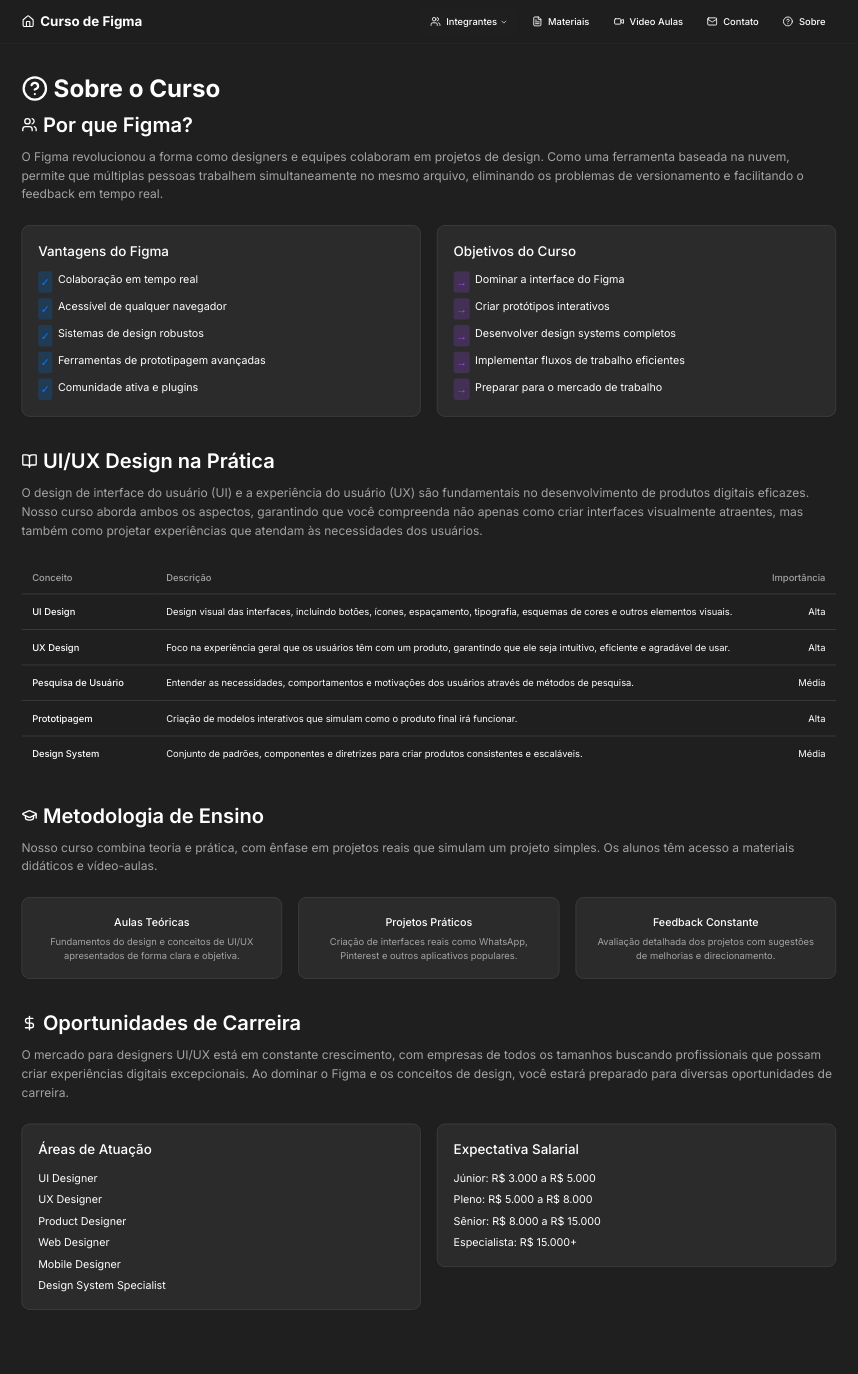
Repository: Geisbelly/figma-season-showcase-33
Page: /about
An editor plug-in stored every save of this project. The page is shown before and after the next save, followed by the edit.
The browser window is 1280 px wide. The pictures show the whole page, at 67% of full size.
The project was rebuilt for these pictures with package versions that can differ from the ones it lists, and the page was loaded fresh each time. Also part of the build but not shown: vite.config.ts, src/components/ui/tooltip.tsx, src/components/ui/badge.tsx, src/components/SeasonCard.tsx, src/pages/Index.tsx, src/pages/NotFound.tsx, src/data/membersData.ts, src/components/ui/avatar.tsx and 11 more.

Above is the page before, as saved 2025-04-30 11:30:27.

### index.html
<!DOCTYPE html>
<html lang="pt-br">
  <head>
    <meta charset="UTF-8" />
    <meta name="viewport" content="width=device-width, initial-scale=1.0" />
    <title>Curso de Figma</title>
    <meta name="description" content="Curso de Figma Ceulp Ulbra - Palmas" />
    <meta name="author" content="Geisbelly e Lovable" />

    <meta property="og:title" content="Curso de Figma" />
    <meta property="og:description" content="Curso de Figma Ceulp Ulbra - Palmas" />
    <meta property="og:type" content="website" />

    <meta name="twitter:card" content="summary_large_image" />
    <meta name="twitter:site" content="@geisbelly" />
  </head>

  <body>
    <div id="root"></div>
    <!-- IMPORTANT: DO NOT REMOVE THIS SCRIPT TAG OR THIS VERY COMMENT! -->
    <script src="https://cdn.gpteng.co/gptengineer.js" type="module"></script>
    <script type="module" src="/src/main.tsx"></script>
  </body>
</html>

### src/App.tsx

import { Toaster } from "@/components/ui/toaster";
import { Toaster as Sonner } from "@/components/ui/sonner";
import { TooltipProvider } from "@/components/ui/tooltip";
import { QueryClient, QueryClientProvider } from "@tanstack/react-query";
import { BrowserRouter, Routes, Route } from "react-router-dom";
import { Header } from "@/components/Header";
import Index from "./pages/Index";
import NotFound from "./pages/NotFound";
import MembersPage from "./pages/members/[edition]";
import MaterialsPage from "./pages/materials";
import LessonsPage from "./pages/lessons";
import VideosPage from "./pages/videos";
import ContactPage from "./pages/contact";
import AboutPage from "./pages/about";

const queryClient = new QueryClient();

const App = () => (
  <QueryClientProvider client={queryClient}>
    <TooltipProvider>
      <Toaster />
      <Sonner />
      <BrowserRouter>
        <Header />
        <div className="pt-16"> {/* Add top padding to prevent header overlap */}
          <Routes>
            <Route path="/" element={<Index />} />
            <Route path="/members/:edition" element={<MembersPage />} />
            <Route path="/materials" element={<MaterialsPage />} />
            {/* <Route path="/lessons" element={<LessonsPage />} /> */}
            <Route path="/videos" element={<VideosPage />} />
            <Route path="/contact" element={<ContactPage />} />
            <Route path="/about" element={<AboutPage />} />
            <Route path="*" element={<NotFound />} />
          </Routes>
        </div>
      </BrowserRouter>
    </TooltipProvider>
  </QueryClientProvider>
);

export default App;

### src/components/ui/toaster.tsx
import { useToast } from "@/hooks/use-toast"
import {
  Toast,
  ToastClose,
  ToastDescription,
  ToastProvider,
  ToastTitle,
  ToastViewport,
} from "@/components/ui/toast"

export function Toaster() {
  const { toasts } = useToast()

  return (
    <ToastProvider>
      {toasts.map(function ({ id, title, description, action, ...props }) {
        return (
          <Toast key={id} {...props}>
            <div className="grid gap-1">
              {title && <ToastTitle>{title}</ToastTitle>}
              {description && (
                <ToastDescription>{description}</ToastDescription>
              )}
            </div>
            {action}
            <ToastClose />
          </Toast>
        )
      })}
      <ToastViewport />
    </ToastProvider>
  )
}

### src/components/ui/sonner.tsx
import { useTheme } from "next-themes"
import { Toaster as Sonner, toast } from "sonner"

type ToasterProps = React.ComponentProps<typeof Sonner>

const Toaster = ({ ...props }: ToasterProps) => {
  const { theme = "system" } = useTheme()

  return (
    <Sonner
      theme={theme as ToasterProps["theme"]}
      className="toaster group"
      toastOptions={{
        classNames: {
          toast:
            "group toast group-[.toaster]:bg-background group-[.toaster]:text-foreground group-[.toaster]:border-border group-[.toaster]:shadow-lg",
          description: "group-[.toast]:text-muted-foreground",
          actionButton:
            "group-[.toast]:bg-primary group-[.toast]:text-primary-foreground",
          cancelButton:
            "group-[.toast]:bg-muted group-[.toast]:text-muted-foreground",
        },
      }}
      {...props}
    />
  )
}

export { Toaster, toast }

### src/pages/about/index.tsx

import { Card, CardContent } from "@/components/ui/card";
import { Table, TableBody, TableCell, TableHead, TableHeader, TableRow } from "@/components/ui/table";
import { HelpCircle, Users, BookOpen, GraduationCap, DollarSign, Clock } from "lucide-react";

const AboutPage = () => {
  return (
    <div className="container py-12">
      <h1 className="text-4xl font-bold mb-4 flex items-center gap-2">
        <HelpCircle className="h-10 w-10" />
        Sobre o Curso
      </h1>

      <div className="prose prose-invert max-w-none">
        <section className="mb-12">
          <h2 className="text-3xl font-semibold mb-4 flex items-center gap-2">
            <Users className="h-6 w-6" />
            Por que Figma?
          </h2>
          <p className="text-lg text-muted-foreground mb-6">
            O Figma revolucionou a forma como designers e equipes colaboram em projetos de design.
            Como uma ferramenta baseada na nuvem, permite que múltiplas pessoas trabalhem simultaneamente
            no mesmo arquivo, eliminando os problemas de versionamento e facilitando o feedback em tempo real.
          </p>
          <div className="grid grid-cols-1 md:grid-cols-2 gap-6 mt-8">
            <Card>
              <CardContent className="pt-6">
                <h3 className="text-xl font-medium mb-4">Vantagens do Figma</h3>
                <ul className="space-y-2">
                  <li className="flex items-start">
                    <span className="bg-primary/20 p-1 rounded mr-2 text-primary">✓</span>
                    Colaboração em tempo real
                  </li>
                  <li className="flex items-start">
                    <span className="bg-primary/20 p-1 rounded mr-2 text-primary">✓</span>
                    Acessível de qualquer navegador
                  </li>
                  <li className="flex items-start">
                    <span className="bg-primary/20 p-1 rounded mr-2 text-primary">✓</span>
                    Sistemas de design robustos
                  </li>
                  <li className="flex items-start">
                    <span className="bg-primary/20 p-1 rounded mr-2 text-primary">✓</span>
                    Ferramentas de prototipagem avançadas
                  </li>
                  <li className="flex items-start">
                    <span className="bg-primary/20 p-1 rounded mr-2 text-primary">✓</span>
                    Comunidade ativa e plugins
                  </li>
                </ul>
              </CardContent>
            </Card>
            <Card>
              <CardContent className="pt-6">
                <h3 className="text-xl font-medium mb-4">Objetivos do Curso</h3>
                <ul className="space-y-2">
                  <li className="flex items-start">
                    <span className="bg-secondary/20 p-1 rounded mr-2 text-secondary">→</span>
                    Dominar a interface do Figma
                  </li>
                  <li className="flex items-start">
                    <span className="bg-secondary/20 p-1 rounded mr-2 text-secondary">→</span>
                    Criar protótipos interativos
                  </li>
                  <li className="flex items-start">
                    <span className="bg-secondary/20 p-1 rounded mr-2 text-secondary">→</span>
                    Desenvolver design systems completos
                  </li>
                  <li className="flex items-start">
                    <span className="bg-secondary/20 p-1 rounded mr-2 text-secondary">→</span>
                    Implementar fluxos de trabalho eficientes
                  </li>
                  <li className="flex items-start">
                    <span className="bg-secondary/20 p-1 rounded mr-2 text-secondary">→</span>
                    Preparar para o mercado de trabalho
                  </li>
                </ul>
              </CardContent>
            </Card>
          </div>
        </section>

        <section className="mb-12">
          <h2 className="text-3xl font-semibold mb-4 flex items-center gap-2">
            <BookOpen className="h-6 w-6" />
            UI/UX Design na Prática
          </h2>
          <p className="text-lg text-muted-foreground mb-6">
            O design de interface do usuário (UI) e a experiência do usuário (UX) são fundamentais
            no desenvolvimento de produtos digitais eficazes. Nosso curso aborda ambos os aspectos,
            garantindo que você compreenda não apenas como criar interfaces visualmente atraentes,
            mas também como projetar experiências que atendam às necessidades dos usuários.
          </p>
          <div className="mt-8">
            <Table>
              <TableHeader>
                <TableRow>
                  <TableHead className="w-[200px]">Conceito</TableHead>
                  <TableHead>Descrição</TableHead>
                  <TableHead className="text-right">Importância</TableHead>
                </TableRow>
              </TableHeader>
              <TableBody>
                <TableRow>
                  <TableCell className="font-medium">UI Design</TableCell>
                  <TableCell>Design visual das interfaces, incluindo botões, ícones, espaçamento, tipografia, esquemas de cores e outros elementos visuais.</TableCell>
                  <TableCell className="text-right">Alta</TableCell>
                </TableRow>
                <TableRow>
                  <TableCell className="font-medium">UX Design</TableCell>
                  <TableCell>Foco na experiência geral que os usuários têm com um produto, garantindo que ele seja intuitivo, eficiente e agradável de usar.</TableCell>
                  <TableCell className="text-right">Alta</TableCell>
                </TableRow>
                <TableRow>
                  <TableCell className="font-medium">Pesquisa de Usuário</TableCell>
                  <TableCell>Entender as necessidades, comportamentos e motivações dos usuários através de métodos de pesquisa.</TableCell>
                  <TableCell className="text-right">Média</TableCell>
                </TableRow>
                <TableRow>
                  <TableCell className="font-medium">Prototipagem</TableCell>
                  <TableCell>Criação de modelos interativos que simulam como o produto final irá funcionar.</TableCell>
                  <TableCell className="text-right">Alta</TableCell>
                </TableRow>
                <TableRow>
                  <TableCell className="font-medium">Design System</TableCell>
                  <TableCell>Conjunto de padrões, componentes e diretrizes para criar produtos consistentes e escaláveis.</TableCell>
                  <TableCell className="text-right">Média</TableCell>
                </TableRow>
              </TableBody>
            </Table>
          </div>
        </section>

        <section className="mb-12">
          <h2 className="text-3xl font-semibold mb-4 flex items-center gap-2">
            <GraduationCap className="h-6 w-6" />
            Metodologia de Ensino
          </h2>
          <p className="text-lg text-muted-foreground mb-6">
            Nosso curso combina teoria e prática, com ênfase em projetos reais que simulam um projeto simples.
            Os alunos têm acesso a materiais didáticos e vídeo-aulas.
          </p>
          <div className="grid grid-cols-1 md:grid-cols-3 gap-6 mt-8">
            <Card>
              <CardContent className="pt-6">
                <h3 className="font-medium text-center mb-2">Aulas Teóricas</h3>
                <p className="text-sm text-muted-foreground text-center">
                  Fundamentos do design e conceitos de UI/UX apresentados de forma clara e objetiva.
                </p>
              </CardContent>
            </Card>
            <Card>
              <CardContent className="pt-6">
                <h3 className="font-medium text-center mb-2">Projetos Práticos</h3>
                <p className="text-sm text-muted-foreground text-center">
                  Criação de interfaces reais como WhatsApp, Pinterest e outros aplicativos populares.
                </p>
              </CardContent>
            </Card>
            <Card>
              <CardContent className="pt-6">
                <h3 className="font-medium text-center mb-2">Feedback Constante</h3>
                <p className="text-sm text-muted-foreground text-center">
                  Avaliação detalhada dos projetos com sugestões de melhorias e direcionamento.
                </p>
              </CardContent>
            </Card>
          </div>
        </section>

        <section className="mb-12">
          <h2 className="text-3xl font-semibold mb-4 flex items-center gap-2">
            <DollarSign className="h-6 w-6" />
            Oportunidades de Carreira
          </h2>
          <p className="text-lg text-muted-foreground mb-6">
            O mercado para designers UI/UX está em constante crescimento, com empresas de todos os tamanhos
            buscando profissionais que possam criar experiências digitais excepcionais. Ao dominar o Figma
            e os conceitos de design, você estará preparado para diversas oportunidades de carreira.
          </p>
          <div className="grid grid-cols-1 md:grid-cols-2 gap-6 mt-8">
            <Card>
              <CardContent className="pt-6">
                <h3 className="text-xl font-medium mb-4">Áreas de Atuação</h3>
                <ul className="space-y-2">
                  <li>UI Designer</li>
                  <li>UX Designer</li>
                  <li>Product Designer</li>
                  <li>Web Designer</li>
                  <li>Mobile Designer</li>
                  <li>Design System Specialist</li>
                </ul>
              </CardContent>
            </Card>
            <Card>
              <CardContent className="pt-6">
                <h3 className="text-xl font-medium mb-4">Expectativa Salarial</h3>
                <ul className="space-y-2">
                  <li>Júnior: R$ 3.000 a R$ 5.000</li>
                  <li>Pleno: R$ 5.000 a R$ 8.000</li>
                  <li>Sênior: R$ 8.000 a R$ 15.000</li>
                  <li>Especialista: R$ 15.000+</li>
                </ul>
              </CardContent>
            </Card>
          </div>
        </section>


      </div>
    </div>
  );
};

export default AboutPage;

### src/components/ui/button.tsx
import * as React from "react"
import { Slot } from "@radix-ui/react-slot"
import { cva, type VariantProps } from "class-variance-authority"

import { cn } from "@/lib/utils"

const buttonVariants = cva(
  "inline-flex items-center justify-center gap-2 whitespace-nowrap rounded-md text-sm font-medium ring-offset-background transition-colors focus-visible:outline-none focus-visible:ring-2 focus-visible:ring-ring focus-visible:ring-offset-2 disabled:pointer-events-none disabled:opacity-50 [&_svg]:pointer-events-none [&_svg]:size-4 [&_svg]:shrink-0",
  {
    variants: {
      variant: {
        default: "bg-primary text-primary-foreground hover:bg-primary/90",
        destructive:
          "bg-destructive text-destructive-foreground hover:bg-destructive/90",
        outline:
          "border border-input bg-background hover:bg-accent hover:text-accent-foreground",
        secondary:
          "bg-secondary text-secondary-foreground hover:bg-secondary/80",
        ghost: "hover:bg-accent hover:text-accent-foreground",
        link: "text-primary underline-offset-4 hover:underline",
      },
      size: {
        default: "h-10 px-4 py-2",
        sm: "h-9 rounded-md px-3",
        lg: "h-11 rounded-md px-8",
        icon: "h-10 w-10",
      },
    },
    defaultVariants: {
      variant: "default",
      size: "default",
    },
  }
)

export interface ButtonProps
  extends React.ButtonHTMLAttributes<HTMLButtonElement>,
    VariantProps<typeof buttonVariants> {
  asChild?: boolean
}

const Button = React.forwardRef<HTMLButtonElement, ButtonProps>(
  ({ className, variant, size, asChild = false, ...props }, ref) => {
    const Comp = asChild ? Slot : "button"
    return (
      <Comp
        className={cn(buttonVariants({ variant, size, className }))}
        ref={ref}
        {...props}
      />
    )
  }
)
Button.displayName = "Button"

export { Button, buttonVariants }

Loaded but not shown: src/main.tsx (common file); src/index.css (common file); src/hooks/use-toast.ts (common file); src/lib/utils.ts (common file); tailwind.config.ts (common file); src/components/ui/navigation-menu.tsx (128 lines, source omitted); src/components/ui/toast.tsx (127 lines, source omitted); src/components/Header.tsx (83 lines, source omitted); src/components/ui/table.tsx (117 lines, source omitted); src/components/ui/card.tsx (82 lines, source omitted)

After the next save:
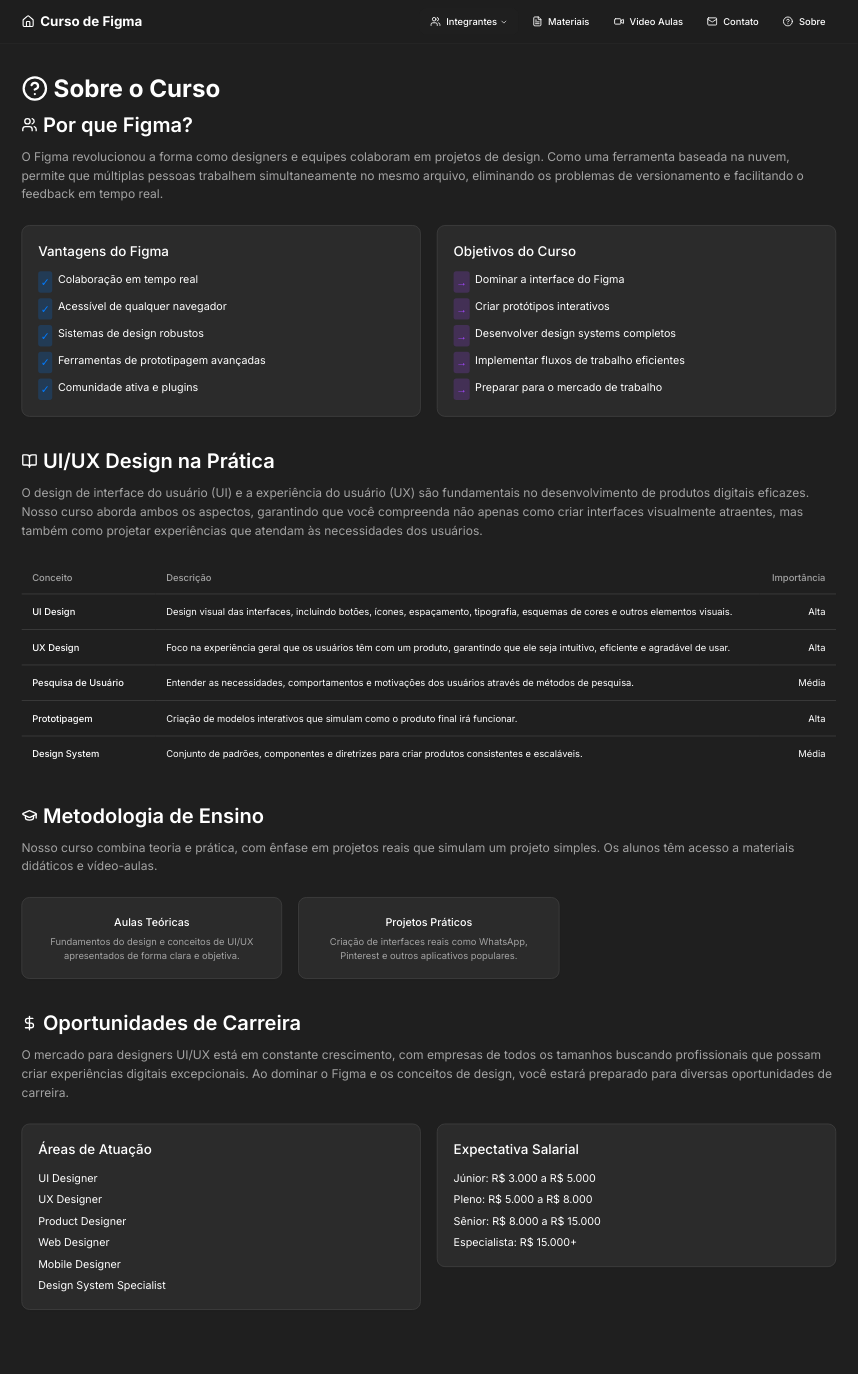
Saved 2 min 5 s later.
--- a/src/pages/about/index.tsx
+++ b/src/pages/about/index.tsx
@@ -157,14 +157,14 @@
                 </p>
               </CardContent>
             </Card>
-            <Card>
+            {/* <Card>
               <CardContent className="pt-6">
                 <h3 className="font-medium text-center mb-2">Feedback Constante</h3>
                 <p className="text-sm text-muted-foreground text-center">
                   Avaliação detalhada dos projetos com sugestões de melhorias e direcionamento.
                 </p>
               </CardContent>
-            </Card>
+            </Card> */}
           </div>
         </section>
 

After the save that followed:
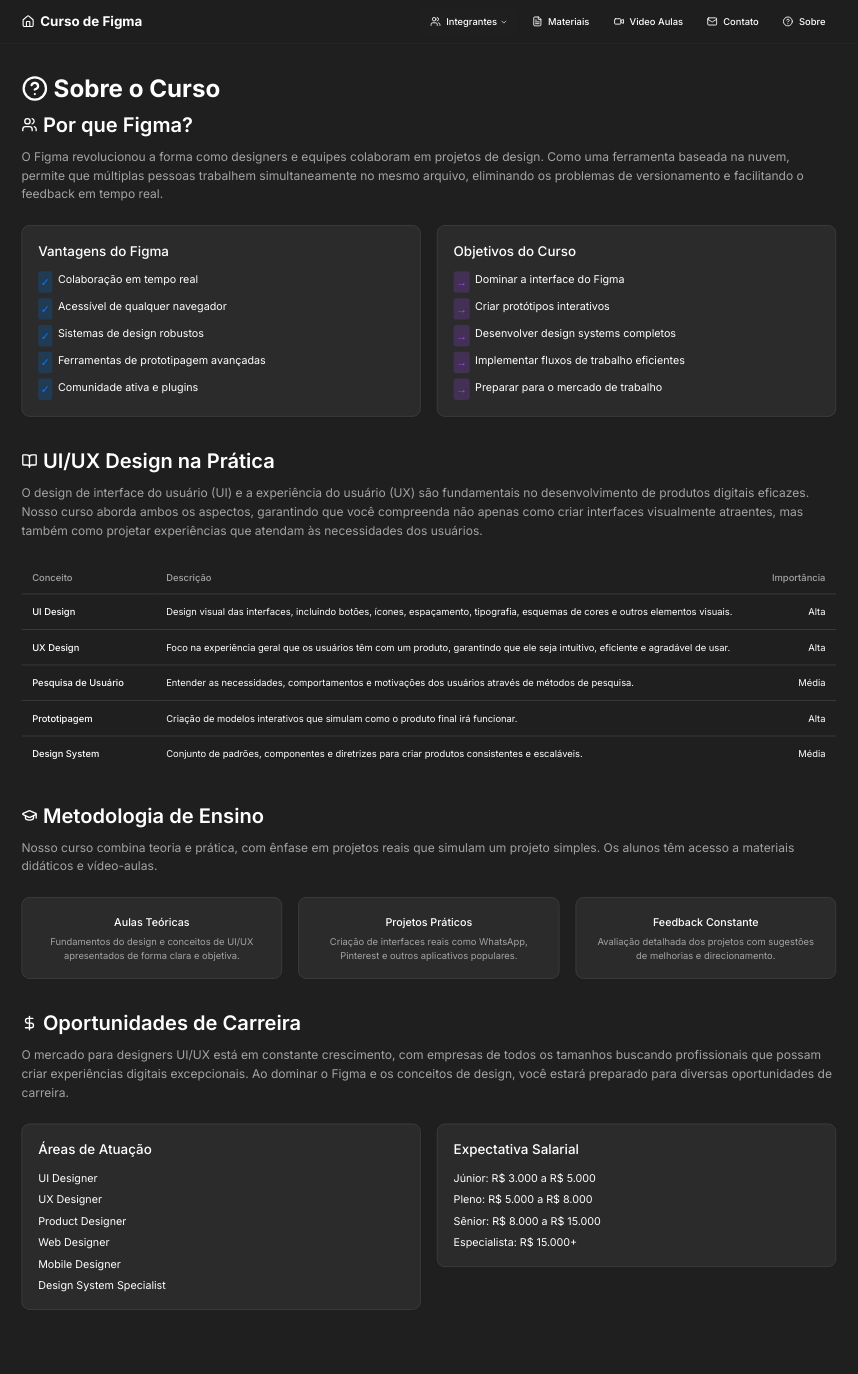
Saved 5 s later.
--- a/src/pages/about/index.tsx
+++ b/src/pages/about/index.tsx
@@ -157,14 +157,14 @@
                 </p>
               </CardContent>
             </Card>
-            {/* <Card>
+            <Card>
               <CardContent className="pt-6">
                 <h3 className="font-medium text-center mb-2">Feedback Constante</h3>
                 <p className="text-sm text-muted-foreground text-center">
                   Avaliação detalhada dos projetos com sugestões de melhorias e direcionamento.
                 </p>
               </CardContent>
-            </Card> */}
+            </Card>
           </div>
         </section>
 
